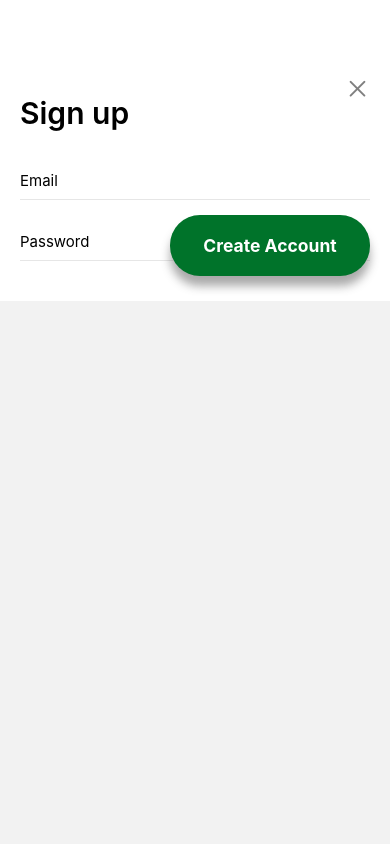
Repository: swholtzman/ReactNative-AWS-Tutorial
Screen: /JoinNow
The author's editor kept a copy of each file at every save. The screen is drawn from the files as they stood at one save, then again after the next save.
The app was drawn by React Native's web renderer in a window 390 px wide. The project was rebuilt for these pictures with package versions that can differ from the ones it lists, and the page was loaded fresh each time. Also part of the build but not shown: screens/SignIn.js, screens/Main.js.

Above is the screen before, as saved 2024-04-06 16:20:32.

### App.js
import * as React from "react";

import { NavigationContainer } from "@react-navigation/native";
import { createNativeStackNavigator } from "@react-navigation/native-stack";
import { FormProvider, useForm } from 'react-hook-form';

import Landing from "./screens/Landing";
import SignIn from "./screens/SignIn";
import JoinNow from "./screens/JoinNow";
import Main from "./screens/Main";

const Stack = createNativeStackNavigator();

export default function App() {
  const methods = useForm(); // Initialize form methods

  return (
    <FormProvider {...methods}>
      <NavigationContainer>
        <Stack.Navigator
          initialRouteName="Landing"
          screenOptions={{ headerShown: false }}
        >
          <Stack.Screen name="Landing" component={Landing} />
          <Stack.Screen name="SignIn" component={SignIn} />
          <Stack.Screen name="JoinNow" component={JoinNow} />
          <Stack.Screen name="Main" component={Main} />
        </Stack.Navigator>
      </NavigationContainer>
    </FormProvider>
  );
}

### screens/Landing.js
import React from 'react';

import { StyleSheet, View, Text } from 'react-native';

import Header from "../components/header";
import SubmitButton from "../components/submissionButton";

import { useNavigation } from '@react-navigation/native';

export default function Landing() {

  const navigation = useNavigation();

  return (
    <View>
      <View>
        <Header />
      </View>

      <View>
        <SubmitButton style={styles.buttonContainer}
          title={"Join now"}
          functionHandler={() => navigation.push('JoinNow')}
        >

        </SubmitButton>
      </View>
    </View>
  );
}

const styles = StyleSheet.create({
    buttonContainer: {
      position: "absolute",
      bottom: 50,
      right: 15,
    },
});

### screens/JoinNow.js
// JoinNow.js

import React, { useState } from "react";

import { StyleSheet, View, Text, ScrollView } from "react-native";
import { useForm } from "react-hook-form";
import { useNavigation } from "@react-navigation/native";
import { AntDesign } from "@expo/vector-icons";

import Button from "../components/submissionButton";
import EmailInput from "../components/emailInput";
import PasswordInput from "../components/passwordInput";


import config from "../config";

export default function JoinNow() {
  const { control, handleSubmit } = useForm();
  const navigation = useNavigation();


  const onSubmit = async (data) => {
    console.log("Form Data:", data);
    try {
      const response = await fetch(`${config.apiEndpoint}/users/create`, {
        method: 'POST',
        headers: {
          'Content-Type': 'application/json',
        },
        body: JSON.stringify(data),
      });

      if (!response.ok) {
        throw new Error('Failed in JoinNow.java file');
      }

      const responseData = await response.json();
      console.log("User created successfully:", responseData);

      // Navigate to main page or show success message
      navigation.navigate('Main');
    } catch (error) {
      console.error("Error creating user:", error);
      // Handle error (show error message)
    }
  };

  return (
  <View style={styles.background}>
    <ScrollView>
      <View style={styles.container}>
        <AntDesign
          name="close"
          size={25}
          color="grey"
          style={styles.iconButton}
          onPress={() => navigation.navigate("Landing")}
        />
        <Text style={styles.header}>Sign up</Text>

        {/* SECURITY SECTION BEGINS */}
        <View style={styles.inputContainer}>
          <EmailInput control={control} name="email" title="Email" />
          <PasswordInput
            control={control}
            name="password"
            title="Password"
            mainIcon={"visibility-off"}
            secondaryIcon={"visibility"}
          />
        </View>

        {/* SECURITY SECTION ENDS */}


        {/* GREEN SUBMISSION BUTTON BEGINS */}
        <View style={styles.greenButtonContainer}>
          <Button
            title="Create Account"
            functionHandler={handleSubmit(onSubmit)}
          />
        </View>
        {/* GREEN SUBMISSION BUTTON ENDS */}

        {/* TERMS SECTION ENDS */}
      </View>
    </ScrollView>
  </View>
  );
}

const styles = StyleSheet.create({
  background: {
    backgroundColor: "white",
  },
  container: {
    width: "100%",
    height: "100%",
    marginTop: 75,
    padding: 20,
  },
  headerContainer: {
    width: "100%",
    paddingBottom: 10,

    borderBottomColor: "hsla(0, 0%, 50%, 0.5)",
    borderBottomWidth: 1.5,
  },
  iconButton: {
    position: "absolute",
    top: 0,
    right: 20,
  },
  header: {
    fontSize: 30,
    fontWeight: "600",
    paddingBottom: 10,
  },
  inputContainer: {
    paddingVertical: 15,
    justifyContent: "space-between",
    height: 140,
  },
  inputLine: {
    paddingVertical: 10,
    paddingBottom: 15,
  },
  greenButtonContainer: {
    position: "absolute",
    bottom: 100,
    width: 200,
    right: 20,
  },
  greenButton: {},
});

### components/header.tsx
import { StyleSheet, View, Text } from "react-native";
import React from "react";
import IconButton from "./iconTextButton";

import { useNavigation } from "@react-navigation/native";

export default function Header() {
  const navigation = useNavigation();

  return (
    <View style={styles.container}>
      {/* header starts */}
      <View style={styles.header}>
        <Text style={styles.headerText}>My New Project</Text>

        <View style={styles.headerButtonContainer}>
          <View style={{ flexDirection: "row" }}>
            <IconButton
              title="Sign in"
              simpleName="login"
              evilName={null}
              functionHandler={() => navigation.navigate("SignIn")}
            />
          </View>
        </View>
      </View>
      {/* header ends */}
    </View>
  );
}

const styles = StyleSheet.create({
  container: {
    // shadowRadius: 2,
    // shadowColor: "black",
    // shadowOpacity: 80,
  },
  header: {
    width: "100%",
    alignItems: "center",
    justifyContent: "center",
    marginTop: "auto",
    paddingTop: 85,
    borderBottomColor: "hsla(0, 0%, 50%, 0.5)",
    borderBottomWidth: 1.5,
  },
  headerText: {
    textAlign: "left",
    color: "#000",
    fontSize: 30,
    fontWeight: "bold",
  },
  headerButtonContainer: {
    flexDirection: "row",
    alignItems: "center",
    justifyContent: "space-between",
    width: "100%", // Changed from "105%" to "100%"
    paddingTop: "7%",
    paddingLeft: 40,
  },
  profileButton: {
    marginRight: -20,
  },
});

### components/submissionButton.tsx
import { StyleSheet, View, Text, Pressable } from 'react-native';
import React from 'react';

export default function GreenButton({ title, functionHandler }) {
  return (
    <View>
      <Pressable
        onPress={ functionHandler }
        style={({ pressed }) => [
          styles.stickyButton,
          pressed && styles.pressedButton,
        ]}>
        {({ pressed }) => (
          <Text style={ styles.boldWhiteText }>
            { pressed ?
              <Text style={ styles.boldGreenText }>{ title }</Text> : title}
          </Text>
        )}
      </Pressable>
    </View>
  );
}

const styles = StyleSheet.create({
    stickyButton: {
      justifyContent: 'center',
      alignItems: 'center',

      borderColor: "none",
      borderRadius: 30,

      paddingHorizontal: 27.5,
      paddingVertical: 20,

      backgroundColor: "hsl(142, 100%, 22.5%)",

      shadowColor: "hsla(0, 0%, 30%, 0.6)",
      shadowRadius: 10,
      shadowOpacity: 0.8,
      shadowOffset: { width: 0, height: 10 },
    },
    pressedButton: {
      justifyContent: 'center',
      alignItems: 'center',

      borderColor: "none",
      borderRadius: 30,

      paddingHorizontal: 25,
      paddingVertical: 20,
      right: "2%",

      backgroundColor: "hsl(142, 100%, 10%)",

      shadowColor: "hsla(0, 0%, 30%, 0.6)",
      shadowRadius: 10,
      shadowOpacity: 0.8,
      shadowOffset: { width: 0, height: 5 },
    },
    boldWhiteText: {
      fontWeight: "bold",
      color: "hsl(0, 0%, 100%)",
      fontSize: 17.5,
    },
    boldGreenText: {
      fontWeight: "bold",
      color: "hsl(142, 100%, 70%)",
      fontSize: 17.5,
    }
  });

### components/emailInput.tsx
// EmailInput.js
import React from "react";
import { StyleSheet, View, TextInput } from "react-native";
import { Controller } from "react-hook-form"; // Import Controller from 'react-hook-form'

export default function EmailInput({ control, name, title }) {
  return (
    <View style={styles.container}>
      <Controller
        control={control}
        name={name}
        rules={{
          required: "Email is required",
          pattern: {
            value: /^[^\s@]+@[^\s@]+\.[^\s@]+$/,
            message: "Please enter a valid email",
          },
        }}
        render={({ field: { onChange, onBlur, value } }) => (
          <View style={styles.inputContainer}>
            <TextInput
              style={styles.input}
              onBlur={onBlur}
              onChangeText={onChange}
              value={value}
              placeholder={title}
              placeholderTextColor="black"
            />
            <View style={styles.underline} />
          </View>
        )}
      />
    </View>
  );
}

const styles = StyleSheet.create({
  container: {
    flexDirection: "row",
    alignItems: "center",
    paddingVertical: 15,
    position: "relative",
  },
  inputContainer: {
    flex: 1,
    paddingRight: 35,
  },
  input: {
    fontSize: 15,
    paddingVertical: 0,
  },
  underline: {
    position: "absolute",
    left: 0,
    right: 0,
    bottom: -10,
    height: 1,
    backgroundColor: "hsla(0, 0%, 50%, 0.2)",
  },
});

### components/passwordInput.tsx
// passwordInput.tsx
import React, { useState } from "react";
import { StyleSheet, View, TextInput, TouchableOpacity } from "react-native";
import { Controller } from "react-hook-form"; // Import Controller from 'react-hook-form'
import { MaterialIcons } from "@expo/vector-icons";

export default function PasswordInput({
  control, // This prop is passed from the parent form component
  name, // The name of the field
  title,
  mainIcon,
  secondaryIcon,
}) {
  const [icon, setIcon] = useState(mainIcon);
  const [secureTextEntry, setSecureTextEntry] = useState(true);

  const toggleSecureEntry = () => {
    setSecureTextEntry(!secureTextEntry);
    setIcon(icon === mainIcon ? secondaryIcon : mainIcon);
  };

  return (
    <View style={styles.container}>
      <Controller
        control={control}
        name={name}
        rules={{
          required: 'Please create a password',
          minLength: {
            value: 10,
            message: 'Password must be at least 10 characters'
          },
          pattern: {
            value: /^(?=.*[0-9])(?=.*[!@#$%^&*])[a-zA-Z0-9!@#$%^&*]{10,}$/,
            message: 'Password must contain a number and a symbol'
          }
        }}
        render={({ field: { onChange, onBlur, value } }) => (
          <View style={styles.inputContainer}>
            <TextInput
              style={styles.input}
              onBlur={onBlur}
              onChangeText={onChange}
              value={value}
              placeholder={title}
              placeholderTextColor="black"
              secureTextEntry={secureTextEntry} // Controlled by state
            />
            <TouchableOpacity style={styles.icon} onPress={toggleSecureEntry}>
              <MaterialIcons name={icon} size={20} color="grey" />
            </TouchableOpacity>
            <View style={styles.underline} />
          </View>
        )}
      />
    </View>
  );
}

const styles = StyleSheet.create({
  container: {
    flexDirection: "row",
    alignItems: "center",
    paddingVertical: 15,
    position: "relative",
  },
  inputContainer: {
    flex: 1,
    paddingRight: 35,
  },
  input: {
    fontSize: 15,
    paddingVertical: 0,
  },
  underline: {
    position: "absolute",
    left: 0,
    right: 0,
    bottom: -10,
    height: 1,
    backgroundColor: "hsla(0, 0%, 50%, 0.2)",
  },
  icon: {
    position: "absolute",
    right: 10,
    bottom: 0,
  },
});

### config.js
//config.js

const config = {
    apiEndpoint: 'https://<YOUR UNIQUE ENDPOINT HERE>',
  };

  export default config;

### components/iconTextButton.tsx
import { StyleSheet, View, Text, TouchableOpacity } from 'react-native';
import React from 'react';
import { SimpleLineIcons } from "@expo/vector-icons";
import { EvilIcons } from "@expo/vector-icons";

export default function Header({ title, simpleName, evilName, functionHandler }) {
    return (
      <View style={styles.container}>

        <TouchableOpacity onPress={functionHandler} style={styles.container}>
          <SimpleLineIcons name={simpleName} size={20} color='grey' style={styles.icon} />
          <EvilIcons name={evilName} size={35} color='grey' style={styles.icon} />
          <Text style={styles.text}>{title}</Text>
        </TouchableOpacity>

      </View>
    );
}

const styles = StyleSheet.create({
    container: {
        flexDirection: 'row',
        justifyContent: "flex-start",
        alignItems: "center",

        width: 100,

        paddingVertical: 5,

      },
      icon: {
        paddingRight: 5,
      },
      text: {
        color: 'black',
        fontSize: 15,
      }
});

After the next save:
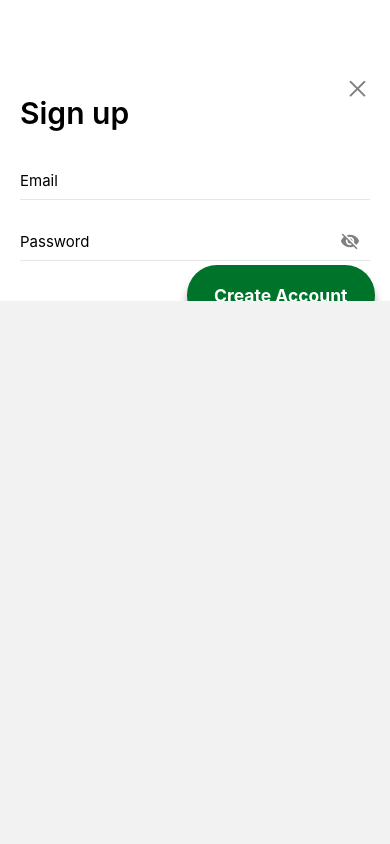
Saved 4 min 40 s later.
--- a/screens/JoinNow.js
+++ b/screens/JoinNow.js
@@ -74,7 +74,7 @@ export default function JoinNow() {
 
 
         {/* GREEN SUBMISSION BUTTON BEGINS */}
-        <View style={styles.greenButtonContainer}>
+        <View style={styles.buttonContainer}>
           <Button
             title="Create Account"
             functionHandler={handleSubmit(onSubmit)}
@@ -125,11 +125,10 @@ const styles = StyleSheet.create({
     paddingVertical: 10,
     paddingBottom: 15,
   },
-  greenButtonContainer: {
+  buttonContainer: {
     position: "absolute",
-    bottom: 100,
-    width: 200,
-    right: 20,
+    bottom: 50,
+    right: 15,
   },
   greenButton: {},
 });
